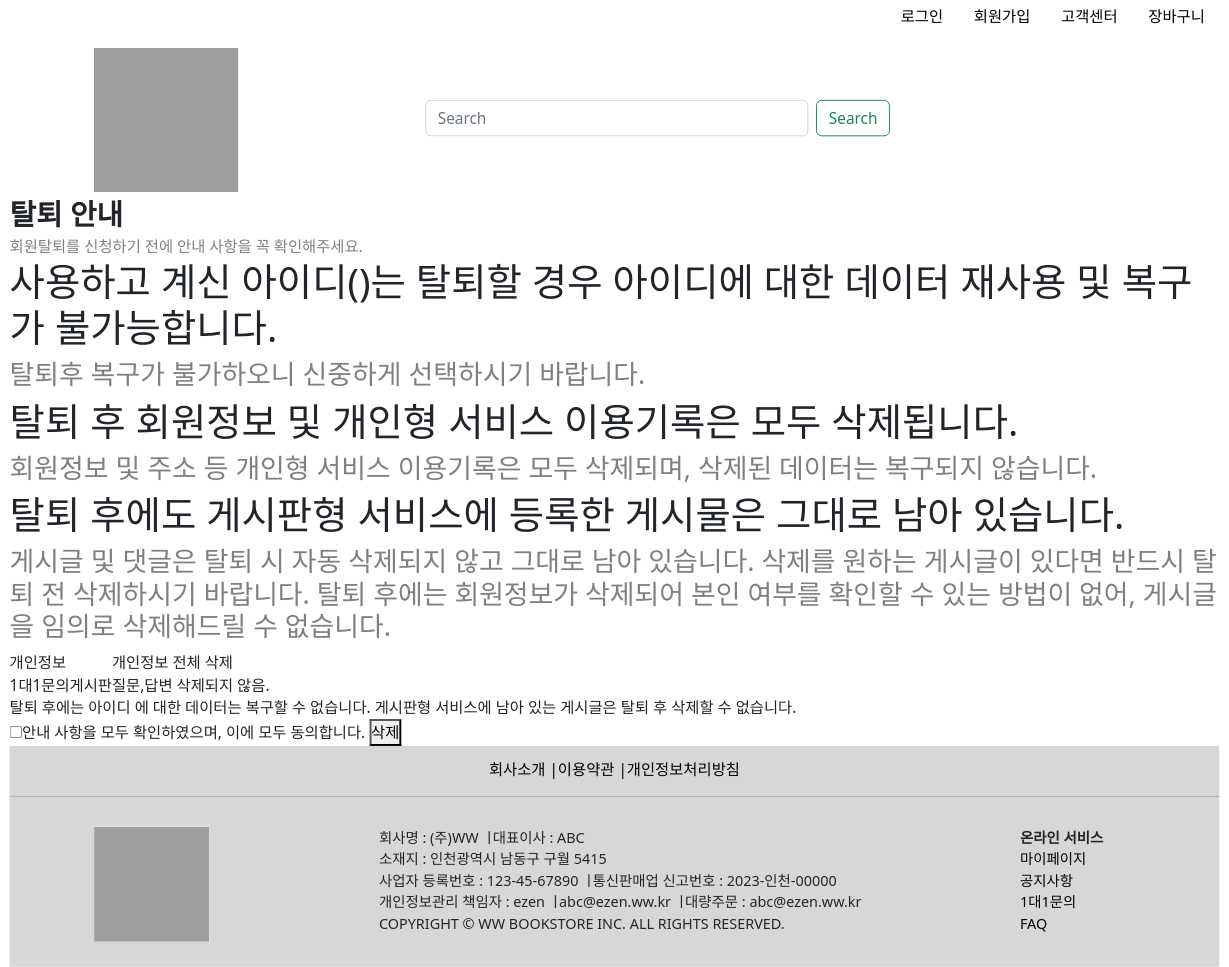
Repository: leehyeonung/project4
Page: http://localhost/book/WEB-INF/views/member/delete.jsp
The author's editor kept a copy of each file at every save. The page is drawn from the files as they stood at one save, then again after the next save.
The browser window is 1280 px wide. The pictures show the whole page, at 96% of full size.
Pictures or frames that could not be fetched are drawn as grey boxes. The page is served by Tomcat 9. Nobody is signed in. The template is opened directly, without the code that normally fills it, so the values that code supplies are empty.

Above is the page before, as saved 2023-01-06 05:46:23.

After the next save:
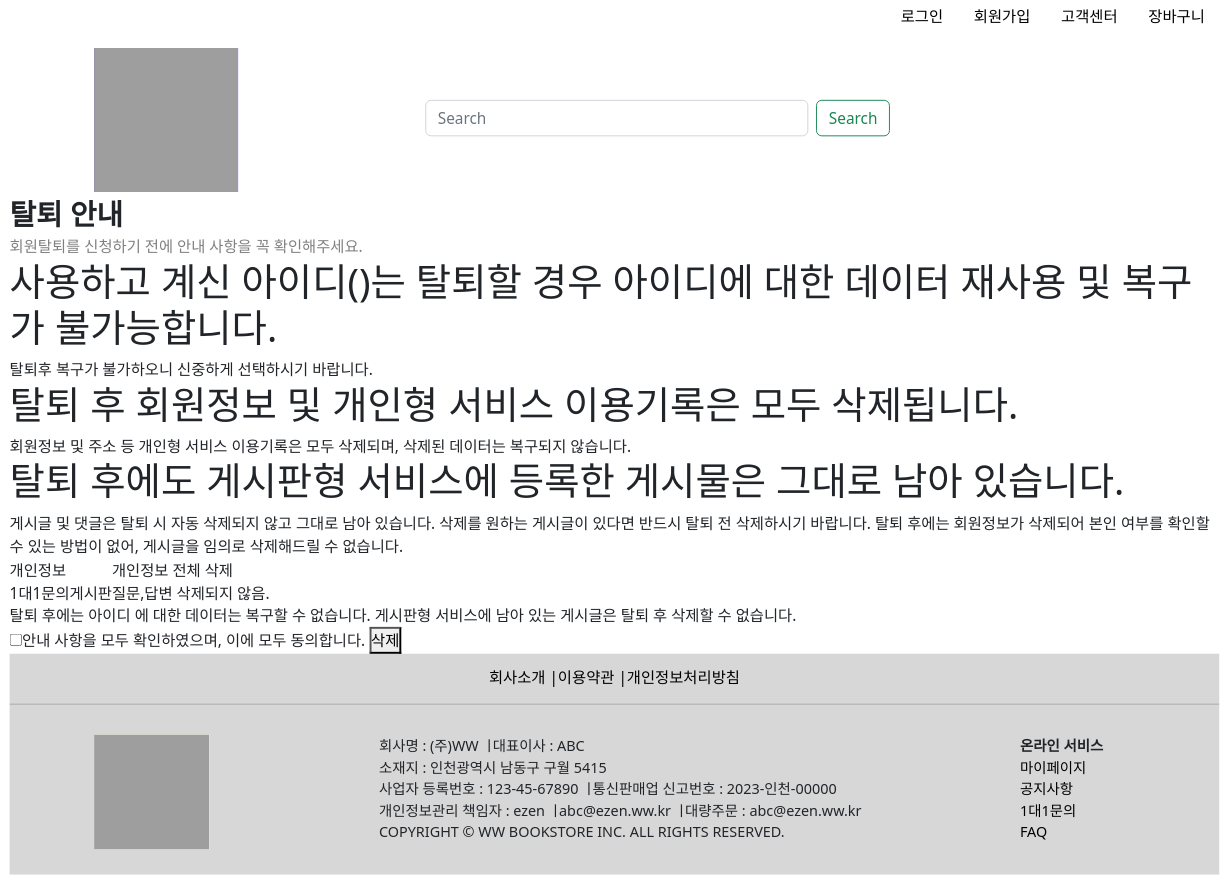
Saved 59 s later.
--- a/book/src/main/webapp/WEB-INF/views/member/delete.jsp
+++ b/book/src/main/webapp/WEB-INF/views/member/delete.jsp
@@ -17,13 +17,13 @@
 <div class="subject">탈퇴 안내</div>
 <div class="short">회원탈퇴를 신청하기 전에 안내 사항을 꼭 확인해주세요.</div>
 <h1>사용하고 계신 아이디(${ses.mem_id})는 탈퇴할 경우 아이디에 대한 데이터 재사용 및 복구가 불가능합니다.</h1>
-<h3>탈퇴후 복구가 불가하오니 신중하게 선택하시기 바랍니다.</h3>
+탈퇴후 복구가 불가하오니 신중하게 선택하시기 바랍니다.
 <h1>탈퇴 후 회원정보 및 개인형 서비스 이용기록은 모두 삭제됩니다.</h1>
-<h3>회원정보 및 주소 등 개인형 서비스 이용기록은 모두 삭제되며, 삭제된 데이터는 복구되지 않습니다.</h3>
+회원정보 및 주소 등 개인형 서비스 이용기록은 모두 삭제되며, 삭제된 데이터는 복구되지 않습니다.
 <h1>탈퇴 후에도 게시판형 서비스에 등록한 게시물은 그대로 남아 있습니다.</h1>
-<h3> 게시글 및 댓글은 탈퇴 시 자동 삭제되지 않고 그대로 남아 있습니다.
+게시글 및 댓글은 탈퇴 시 자동 삭제되지 않고 그대로 남아 있습니다.
 삭제를 원하는 게시글이 있다면 반드시 탈퇴 전 삭제하시기 바랍니다.
-탈퇴 후에는 회원정보가 삭제되어 본인 여부를 확인할 수 있는 방법이 없어, 게시글을 임의로 삭제해드릴 수 없습니다.</h3>
+탈퇴 후에는 회원정보가 삭제되어 본인 여부를 확인할 수 있는 방법이 없어, 게시글을 임의로 삭제해드릴 수 없습니다.
 <table>
 <tr>
 <td>개인정보</td>
